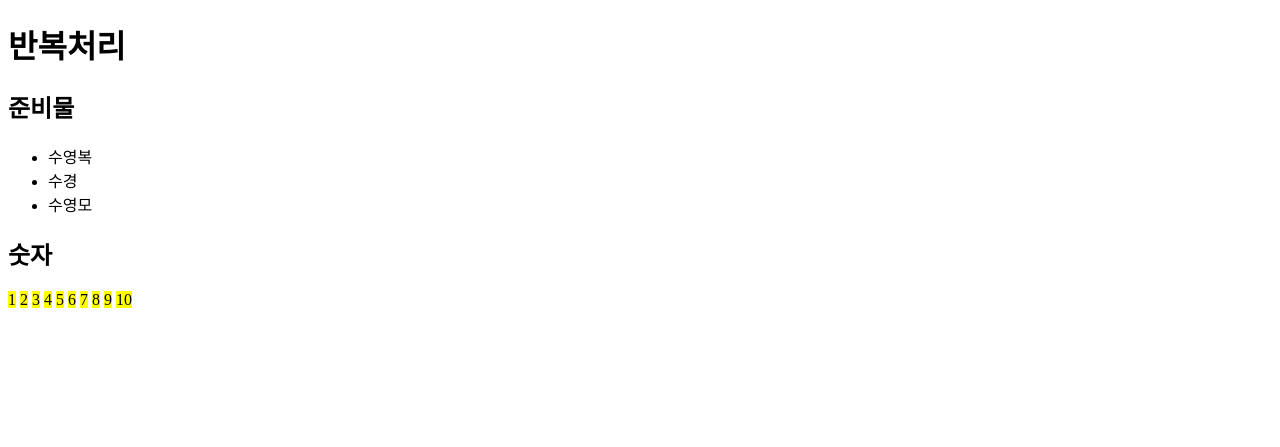
Repository: Sookyeong0505/web_server_workspace
Page: http://localhost/hello-web/jsp/loop.jsp
An editor plug-in stored every save of this project. The page is shown before and after the next save, followed by the edit.
The browser window is 1280 px wide. The pictures show the whole page.
The page is served by Tomcat 9.

Above is the page before, as saved 2023-06-20 06:45:34.

After the next save:
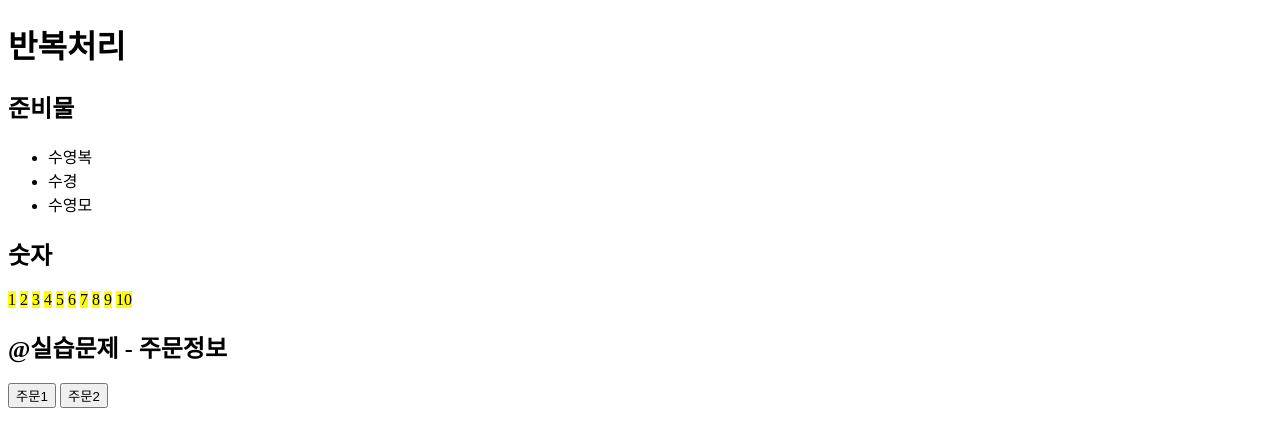
Saved 20 min 1 s later.
--- a/hello-web/src/main/webapp/jsp/loop.jsp
+++ b/hello-web/src/main/webapp/jsp/loop.jsp
@@ -36,7 +36,9 @@
 	}
 %>
 
-
+	<h2>@실습문제 - 주문정보</h2>
+	<button onclick="location.href='/web/jsp/loop.jsp?no=123&prod=아이패드&option=빨강&option=256GB';">주문1</button>
+	<button onclick="location.href='/web/jsp/loop.jsp?no=456&prod=설렁탕&option=다대기많이&option=곱빼기&option=당면사리';">주문2</button>
 
 </body>
 </html>
